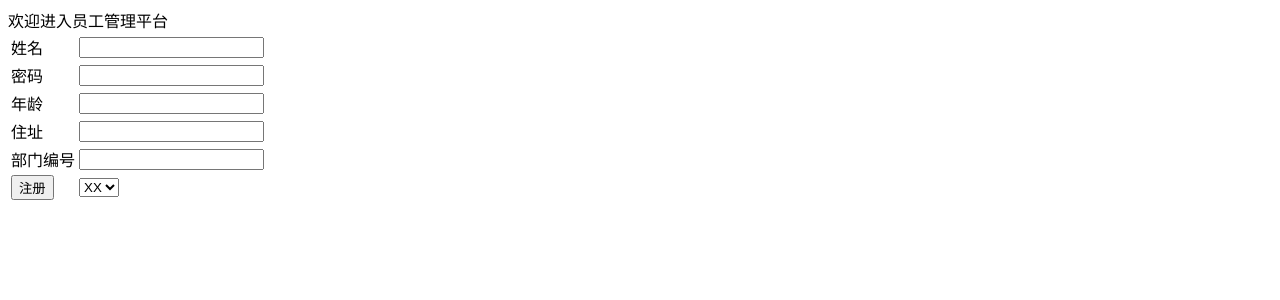
Repository: lgh06/myclass
Page: http://localhost/stuff/register.jsp
These files come from the project's save history. The page is drawn as it stood at one moment and after the next save; the edit follows.
The browser window is 1280 px wide. The pictures show the whole page.
The page is served by Tomcat 9.

Above is the page before, as saved 2014-03-21 08:46:20.

After the next save:
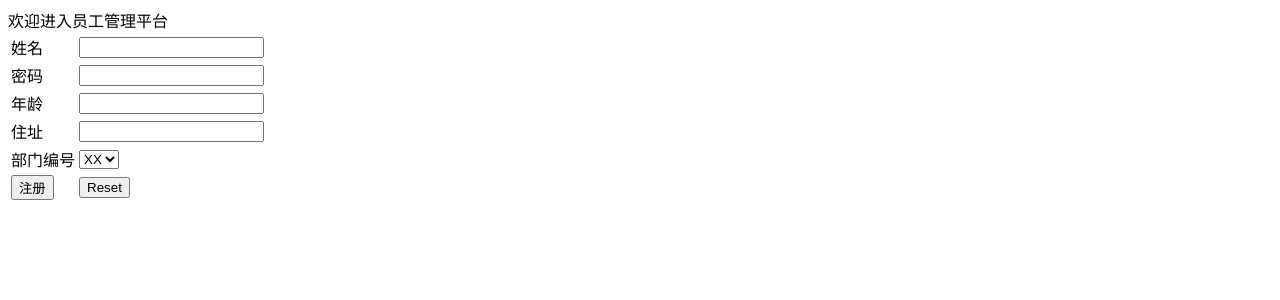
Saved 61 s later.
--- a/stuff/WebRoot/register.jsp
+++ b/stuff/WebRoot/register.jsp
@@ -28,13 +28,13 @@ String basePath = request.getScheme()+"://"+request.getServerName()+":"+request.
    <tr><td>密码</td><td><input type="text" name="employeePassword" /></td></tr>
    <tr><td>年龄</td><td><input type="text" name="employeeAge" /></td></tr>
    <tr><td>住址</td><td><input type="text" name="employeeAddress" /></td></tr>
-   <tr><td>部门编号</td><td><input type="text" name="employeeDeptId" /></td></tr>
-   <tr><td><input type="submit" value="注册" /></td><td><select>
+   <tr><td>部门编号</td><td><select>
 
    <option value="">XX</option>
    <option value="">XX</option>
 
    </select></td></tr>
+   <tr><td><input type="submit" value="注册" /></td><td><input type="reset" /></td></tr>
 
     </table>
     </form>
